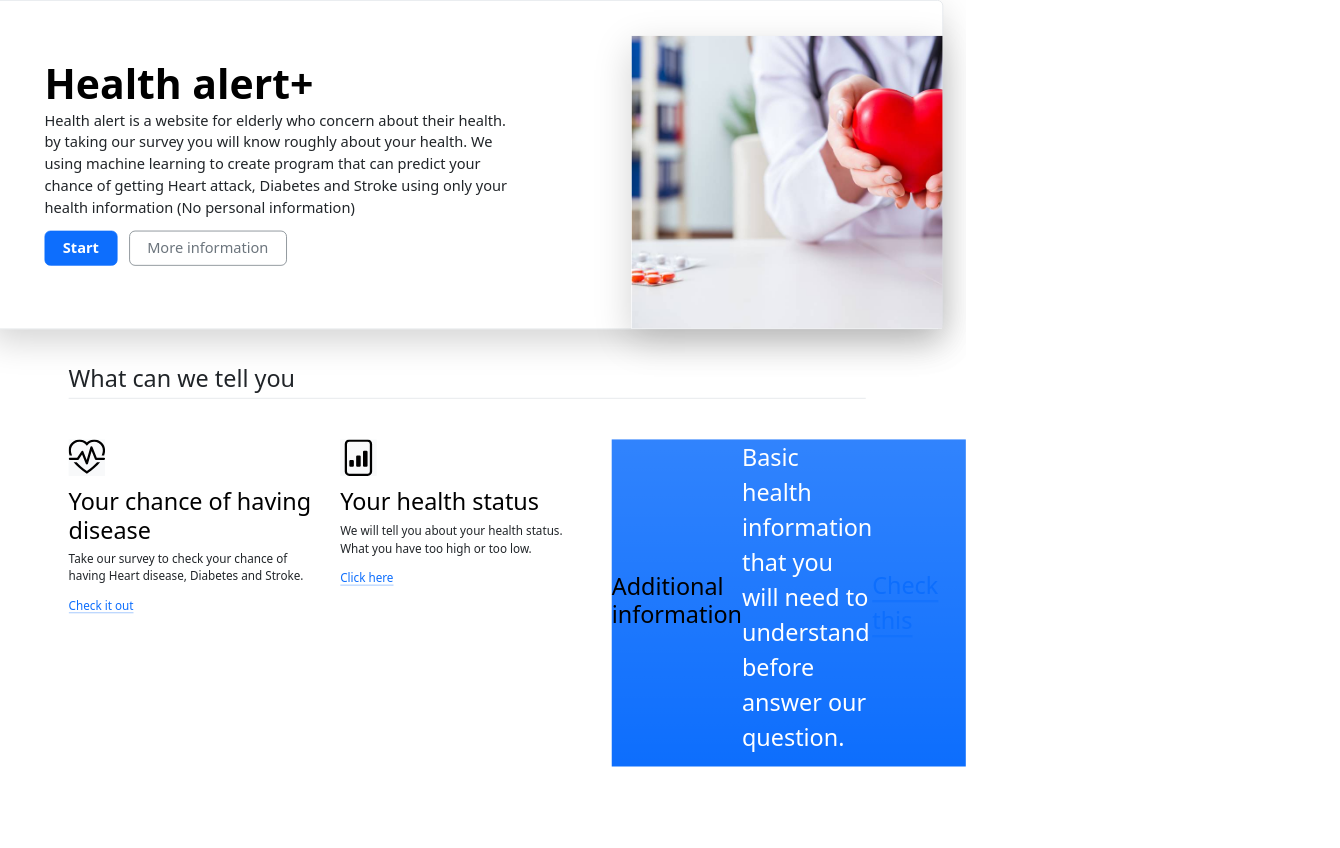
Repository: aneforollll/webapp
Page: index.html
An editor plug-in stored every save of this project. The page is shown before and after the next save, followed by the edit.
The browser window is 1280 px wide. The page is 1323 px wide, then 1835 px, so the pictures cover 1835 px, including what lies to the right of the window. The pictures show the whole page, at 73% of full size.

Above is the page before, as saved 2024-01-09 09:32:42.

### index.html
<!doctype html>
<html lang="en">
  <head>
    <meta charset="utf-8">
    <meta name="viewport" content="width=device-width, initial-scale=1">
    <title>Health alert demo</title>
    <link href="https://cdn.jsdelivr.net/npm/bootstrap@5.3.2/dist/css/bootstrap.min.css" rel="stylesheet" integrity="sha384-T3c6CoIi6uLrA9TneNEoa7RxnatzjcDSCmG1MXxSR1GAsXEV/Dwwykc2MPK8M2HN" crossorigin="anonymous">
  </head>
  <body>


    <div class="row p-4 pb-0 pe-lg-0 pt-lg-5 align-items-center rounded-3 border shadow-lg">
        <div class="col-lg-7 p-3 p-lg-5 pt-lg-3">
          <h1 class="display-4 fw-bold lh-1 text-body-emphasis">Health alert+</h1>
          <p class="lead">Health alert is a website for elderly who concern about their health. by taking our survey you will know roughly about your health.
            We using machine learning to create program that can predict your chance of getting Heart attack, Diabetes and Stroke using only your health information (No personal information) </p>
          <div class="d-grid gap-2 d-md-flex justify-content-md-start mb-4 mb-lg-3">
            <button type="button" class="btn btn-primary btn-lg px-4 me-md-2 fw-bold" onclick="document.location='healthalertfrom.html'">Start</button>
            <button type="button" class="btn btn-outline-secondary btn-lg px-4">More information</button>
          </div>
        </div>
        <div class="col-lg-4 offset-lg-1 p-0 overflow-hidden shadow-lg">
            <img class="rounded-lg-3" src="images/heart.jpg" alt="" width="600
            ">
        </div>
      </div>
      <div class="container px-4 py-5" id="featured-3">
        <h2 class="pb-2 border-bottom">What can we tell you</h2>
        <div class="row g-4 py-5 row-cols-1 row-cols-lg-3">
          <div class="feature col">
            <div class="feature-icon d-inline-flex align-items-center justify-content-center text-bg-light bg-gradient fs-2 mb-3">
              <svg xmlns="http://www.w3.org/2000/svg" width="50" height="50" fill="light" class="bi bi-heart-pulse" viewBox="0 0 16 16">
                <path d="m8 2.748-.717-.737C5.6.281 2.514.878 1.4 3.053.918 3.995.78 5.323 1.508 7H.43c-2.128-5.697 4.165-8.83 7.394-5.857.06.055.119.112.176.171a3.12 3.12 0 0 1 .176-.17c3.23-2.974 9.522.159 7.394 5.856h-1.078c.728-1.677.59-3.005.108-3.947C13.486.878 10.4.28 8.717 2.01zM2.212 10h1.315C4.593 11.183 6.05 12.458 8 13.795c1.949-1.337 3.407-2.612 4.473-3.795h1.315c-1.265 1.566-3.14 3.25-5.788 5-2.648-1.75-4.523-3.434-5.788-5Z"/>
                <path d="M10.464 3.314a.5.5 0 0 0-.945.049L7.921 8.956 6.464 5.314a.5.5 0 0 0-.88-.091L3.732 8H.5a.5.5 0 0 0 0 1H4a.5.5 0 0 0 .416-.223l1.473-2.209 1.647 4.118a.5.5 0 0 0 .945-.049l1.598-5.593 1.457 3.642A.5.5 0 0 0 12 9h3.5a.5.5 0 0 0 0-1h-3.162z"/>
              </svg>
            </div>
            <h3 class="fs-2 text-body-emphasis">Your chance of having disease</h3>
            <p>Take our survey to check your chance of having Heart disease, Diabetes and Stroke.</p>
            <a href="healthalertfrom.html" class="icon-link">
              Check it out
              <svg class="bi"><use xlink:href="#chevron-right"></use></svg>
            </a>
          </div>
          <div class="feature col">
            <div class="feature-icon d-inline-flex align-items-center justify-content-center text-bg-light bg-gradient fs-2 mb-3">
              <svg xmlns="http://www.w3.org/2000/svg" width="50" height="50" fill="light" class="bi bi-file-bar-graph" viewBox="0 0 16 16">
                <path d="M4.5 12a.5.5 0 0 1-.5-.5v-2a.5.5 0 0 1 .5-.5h1a.5.5 0 0 1 .5.5v2a.5.5 0 0 1-.5.5zm3 0a.5.5 0 0 1-.5-.5v-4a.5.5 0 0 1 .5-.5h1a.5.5 0 0 1 .5.5v4a.5.5 0 0 1-.5.5zm3 0a.5.5 0 0 1-.5-.5v-6a.5.5 0 0 1 .5-.5h1a.5.5 0 0 1 .5.5v6a.5.5 0 0 1-.5.5z"/>
                <path d="M4 0a2 2 0 0 0-2 2v12a2 2 0 0 0 2 2h8a2 2 0 0 0 2-2V2a2 2 0 0 0-2-2zm0 1h8a1 1 0 0 1 1 1v12a1 1 0 0 1-1 1H4a1 1 0 0 1-1-1V2a1 1 0 0 1 1-1"/>
              </svg>
            </div>
            <h3 class="fs-2 text-body-emphasis">Your health status</h3>
            <p>We will tell you about your health status. What you have too high or too low.</p>
            <a href="dashboard.html" class="icon-link">
              Click here
              <svg class="bi"><use xlink:href="#chevron-right"></use></svg>
            </a>
          </div>
          <div class="feature col">
            <div class="feature-icon d-inline-flex align-items-center justify-content-center text-bg-primary bg-gradient fs-2 mb-3">
              <img class=""
            </div>
            <h3 class="fs-2 text-body-emphasis">Additional information</h3>
            <p>Basic health information that you will need to understand before answer our question.</p>
            <a href="dashboard.html" class="icon-link">
              Check this
              <svg class="bi"><use xlink:href="#chevron-right"></use></svg>
              <script src="https://cdn.jsdelivr.net/npm/bootstrap@5.3.2/dist/js/bootstrap.bundle.min.js" integrity="sha384-C6RzsynM9kWDrMNeT87bh95OGNyZPhcTNXj1NW7RuBCsyN/o0jlpcV8Qyq46cDfL" crossorigin="anonymous"></script>
            </a>
          </div>
        </div>
      </div>




  </body>
</html>

After the next save:
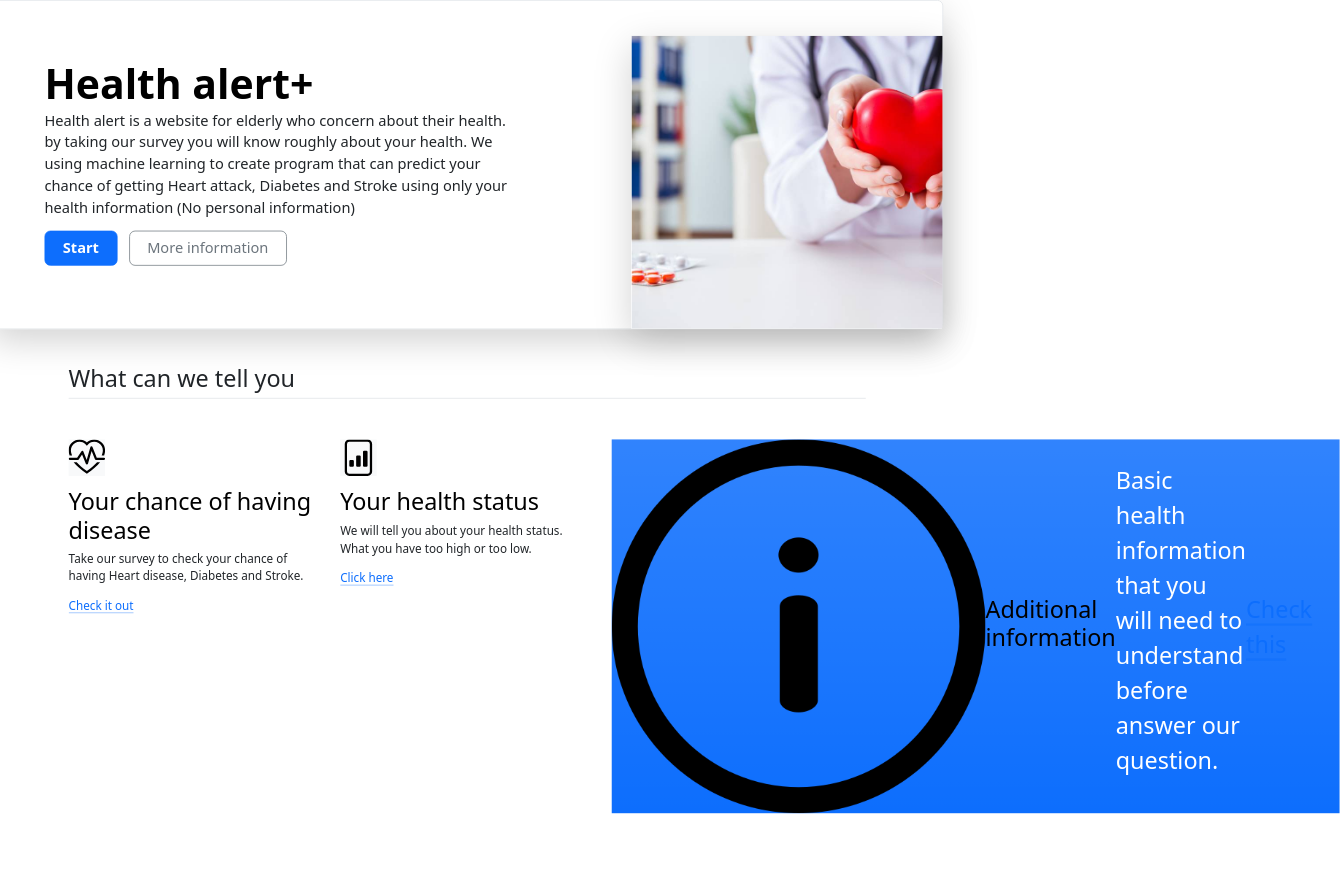
Saved 56 s later.
--- a/index.html
+++ b/index.html
@@ -57,7 +57,7 @@
           </div>
           <div class="feature col">
             <div class="feature-icon d-inline-flex align-items-center justify-content-center text-bg-primary bg-gradient fs-2 mb-3">
-              <img class=""
+              <img class="rounded" src="images/info.png"
             </div>
             <h3 class="fs-2 text-body-emphasis">Additional information</h3>
             <p>Basic health information that you will need to understand before answer our question.</p>
